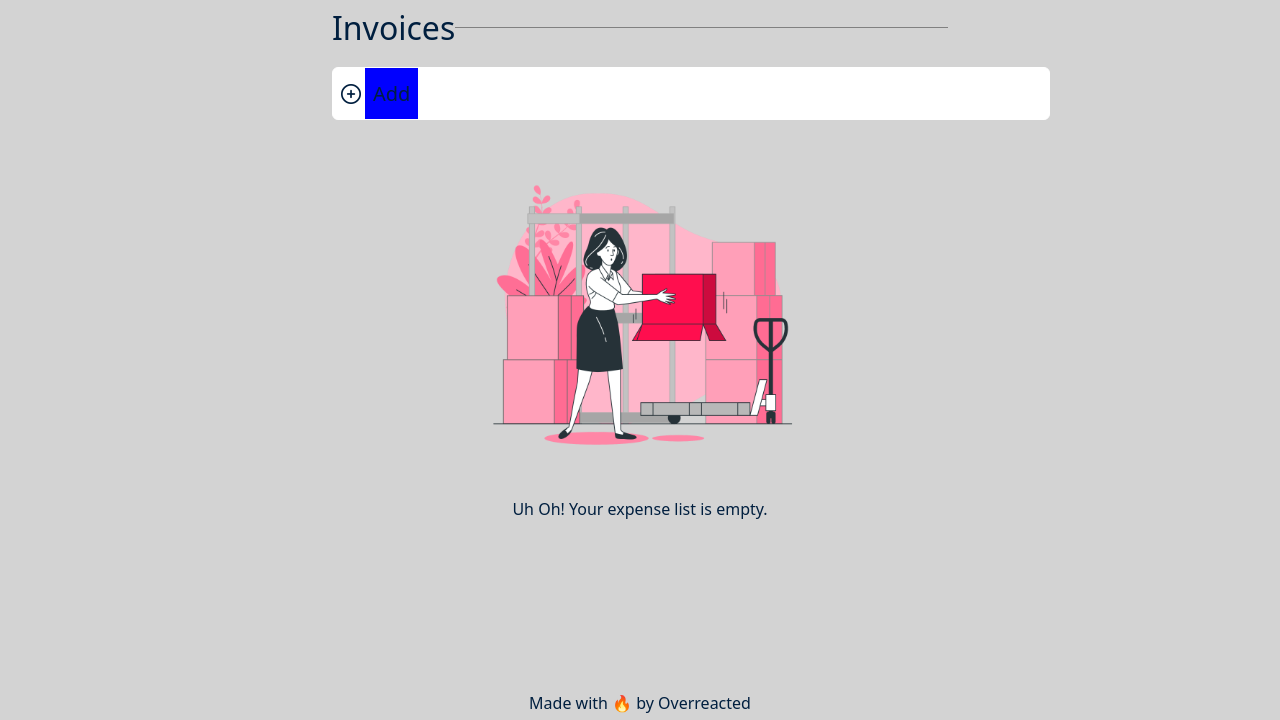
Repository: om1ars/task3
Page: /
The author's editor kept a copy of each file at every save. The page is drawn from the files as they stood at one save, then again after a run of saves.
The browser window is 1280 px wide. The pictures show the whole page.
Some web libraries are served in a nearby version. The project was rebuilt for these pictures with package versions that can differ from the ones it lists, and the page was loaded fresh each time. Also part of the build but not shown: src/constants/add-expense.js, src/components/add-form/add-form.css, src/components/add-form/success-modal.css, src/components/add-form/success-modal.js, src/components/add-form/index.js, src/pages/add-expense/add-expense.css, src/pages/add-expense/index.js, src/components/expense-list/card.css and 1 more.

Above is the page before, as saved 2021-12-18 14:45:15.

After the next 2 saves:
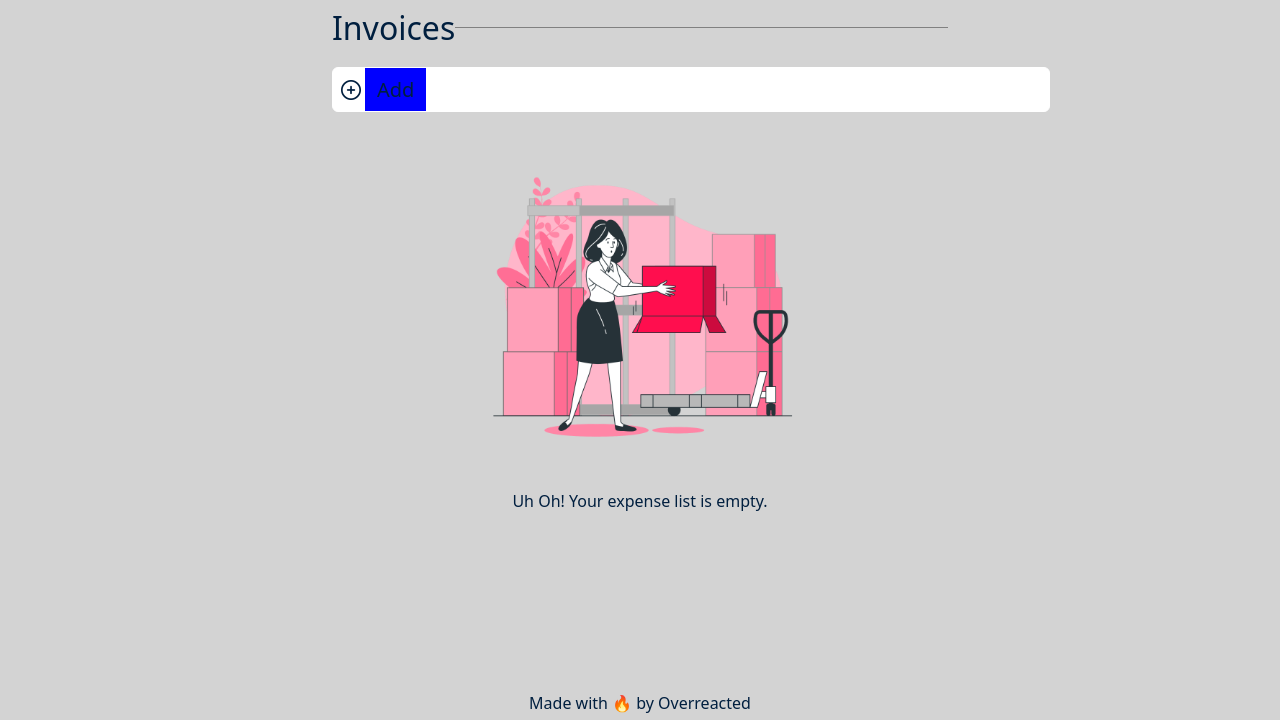
The 2 saves are shown as one change because they came seconds apart.
The last was saved 9 s later.
--- a/src/components/top-fold/index.js
+++ b/src/components/top-fold/index.js
@@ -28,7 +28,7 @@ const TopFold = () => {
               style={{ width: "700px", backgroundColor: "white" }}
             >
               <i class="fi-rr-add"></i>
-              <label style={{ padding: "12px 8px", backgroundColor: 'blue' }}>Add</label>
+              <label style={{ padding: "8px 12px", backgroundColor: 'blue' }}>Add</label>
             </div>
           </Link>
         </div>
